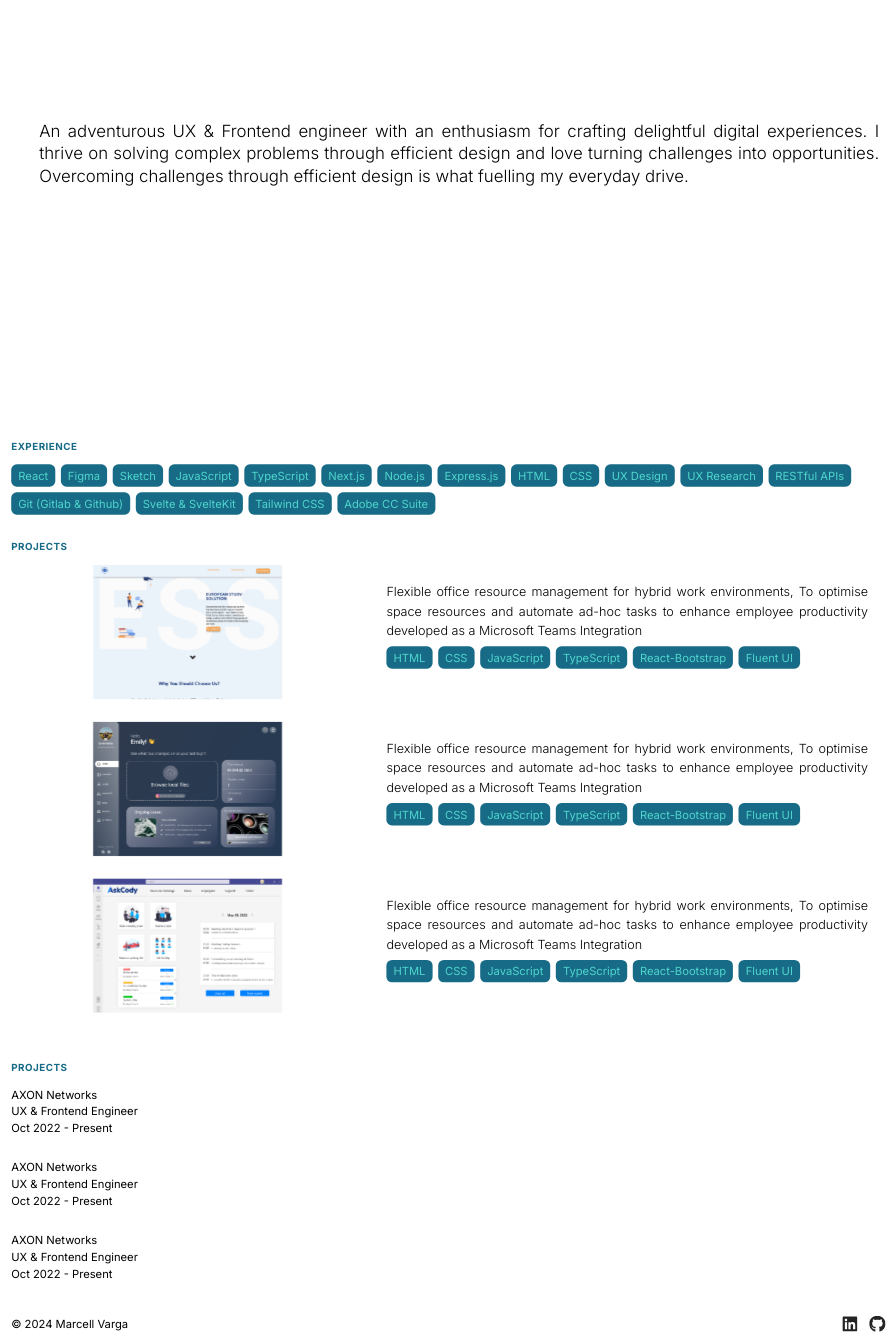
Repository: TheMarcellVarga/personal-portfolio-v.2
Page: /
The author's editor kept a copy of each file at every save. The page is drawn from the files as they stood at one save, then again after a run of saves.
The browser window is 1280 px wide. The pictures show the part of the page from y = 945 to 2865 px (the page is 2865 px tall), at 70% of full size.
The project was rebuilt for these pictures with package versions that can differ from the ones it lists, and the page was loaded fresh each time. The framework's server and built-in components were replaced by stand-ins that run in the browser. Also part of the build but not shown: next.config.mjs.

Above is the page before, as saved 2024-04-25 23:24:20.

### app/layout.tsx
import type { Metadata } from "next";
import { Inter } from "next/font/google";
import "./globals.css";

const inter = Inter({ subsets: ["latin"] });

export const metadata: Metadata = {
  title: {
    template: "%s | Marcell Varga",
    default: "Marcell Varga",
  },
  description: "Marcell Varga Portfolio | UX & Frontend Engineer",
};
export default function RootLayout({
  children,
}: Readonly<{
  children: React.ReactNode;
}>) {
  return (
    <html lang="en">
      <body className={inter.className}>{children}</body>
    </html>
  );
}

### app/page.tsx
"use client";

import { useState } from "react";
import Link from "next/link";
import Image from "next/image";
import IndexSigAnimated from "../public/icons/indexSigAnimated";

// Header component
const Header = () => {
  const [isOpen, setIsOpen] = useState(false);

  return (
    <header className="flex justify-between items-center w-full">
      <div className="flex items-center">
        {/* Icon */}
        <Link href="/">
          <IndexSigAnimated />
        </Link>
      </div>
      <nav className="flex items-center">
        {/* Hamburger Menu */}
        <div
          className={`md:hidden z-2 ${isOpen ? "open" : ""}`}
          onClick={() => setIsOpen(!isOpen)}
        >
          <div className="w-6 h-0.5 bg-gray-800 mb-1"></div>
          <div className="w-6 h-0.5 bg-gray-800 mb-1"></div>
          <div className="w-6 h-0.5 bg-gray-800"></div>
        </div>
        {/* Navigation Links */}
        <div className={`nav-overlay ${isOpen ? "open" : ""}`}>
          <div className={`${isOpen ? "block" : "hidden"} md:flex space-x-4`}>
            <Link href="/about">
              <div
                className="text-sm font-medium"
                style={{ color: isOpen ? "#eeeeee" : "inherit" }}
              >
                About
              </div>
            </Link>
            <Link href="/work">
              <div
                className="text-sm font-medium"
                style={{ color: isOpen ? "#eeeeee" : "inherit" }}
              >
                Work
              </div>
            </Link>
            <Link href="/contact">
              <div
                className="text-sm font-medium"
                style={{ color: isOpen ? "#eeeeee" : "inherit" }}
              >
                Contact
              </div>
            </Link>
          </div>
        </div>
        <div className={`${isOpen ? "hidden" : "block"}`}>
          <div className={`${isOpen ? "block" : "hidden"} md:flex space-x-4`}>
            <Link href="/about">
              <div
                className="text-sm font-medium"
                style={{ color: isOpen ? "#eeeeee" : "inherit" }}
              >
                About
              </div>
            </Link>
            <Link href="/work">
              <div
                className="text-sm font-medium"
                style={{ color: isOpen ? "#eeeeee" : "inherit" }}
              >
                Work
              </div>
            </Link>
            <Link href="/contact">
              <div
                className="text-sm font-medium"
                style={{ color: isOpen ? "#eeeeee" : "inherit" }}
              >
                Contact
              </div>
            </Link>
          </div>
        </div>
      </nav>
    </header>
  );
};

// Footer component
const Footer = () => {
  return (
    <div className="flex w-full flex-row justify-between items-center">
      <div className="flex w-full">© 2024 Marcell Varga</div>
      <div className="flex space-x-4">
        <Image
          src="/icons/linkedin.svg"
          alt="Linkedin Icon"
          width={24}
          height={24}
        />
        <Image
          src="/icons/github.svg"
          alt="GitHub Icon"
          width={24}
          height={24}
        />
      </div>
    </div>
  );
};

const projects = [
  {
    title:
      "Flexible office resource management for hybrid work environments, To optimise space resources and automate ad-hoc tasks to enhance employee productivity developed as a Microsoft Teams Integration",
    description: "",
    skills: [
      "HTML",
      "CSS",
      "JavaScript",
      "TypeScript",
      "React-Bootstrap",
      "Fluent UI",
    ],
    link: "/ess", // Example link to the project details page
    image: "/images/ess-index.png", // Add the path to the image
  },
  {
    title:
      "Flexible office resource management for hybrid work environments, To optimise space resources and automate ad-hoc tasks to enhance employee productivity developed as a Microsoft Teams Integration",
    description: "",
    skills: [
      "HTML",
      "CSS",
      "JavaScript",
      "TypeScript",
      "React-Bootstrap",
      "Fluent UI",
    ],
    link: "/catchscan", // Example link to the project details page
    image: "/images/catchscan-index.png", // Add the path to the image
  },
  {
    title:
      "Flexible office resource management for hybrid work environments, To optimise space resources and automate ad-hoc tasks to enhance employee productivity developed as a Microsoft Teams Integration",
    description: "",
    skills: [
      "HTML",
      "CSS",
      "JavaScript",
      "TypeScript",
      "React-Bootstrap",
      "Fluent UI",
    ],
    link: "/askcody", // Example link to the project details page
    image: "/images/askcody-index.png", // Add the path to the image
  },
  // Add more projects here
];

const history = [
  {
    company: "AXON Networks",
    jobTitle: "UX & Frontend Engineer",
    time: {
      start: "Oct 2022",
      end: "",
    },
    description: [
      "Contributed to AXON Orchestrator development, focusing on UX/UI design and frontend development within cross-functional teams.",
      "Created interactive prototypes and established design system for in-house development.",
      "Collaborated with Analytics team to integrate AI/ML solutions into products, enhancing product functionality.",
      "Participated in the full product development cycle from UX/UI design, through Frontend Development to successful deployments.",
    ],
    skills: [
      "HTML",
      "CSS",
      "JavaScript",
      "TypeScript",
      "React-Bootstrap",
      "Fluent UI",
    ],
  },
  {
    company: "AXON Networks",
    jobTitle: "UX & Frontend Engineer",
    time: {
      start: "Oct 2022",
      end: "",
    },
    description: [
      "Contributed to AXON Orchestrator development, focusing on UX/UI design and frontend development within cross-functional teams.",
      "Created interactive prototypes and established design system for in-house development.",
      "Collaborated with Analytics team to integrate AI/ML solutions into products, enhancing product functionality.",
      "Participated in the full product development cycle from UX/UI design, through Frontend Development to successful deployments.",
    ],
    skills: [
      "HTML",
      "CSS",
      "JavaScript",
      "TypeScript",
      "React-Bootstrap",
      "Fluent UI",
    ],
  },
  {
    company: "AXON Networks",
    jobTitle: "UX & Frontend Engineer",
    time: {
      start: "Oct 2022",
      end: "",
    },
    description: [
      "Contributed to AXON Orchestrator development, focusing on UX/UI design and frontend development within cross-functional teams.",
      "Created interactive prototypes and established design system for in-house development.",
      "Collaborated with Analytics team to integrate AI/ML solutions into products, enhancing product functionality.",
      "Participated in the full product development cycle from UX/UI design, through Frontend Development to successful deployments.",
    ],
    skills: [
      "HTML",
      "CSS",
      "JavaScript",
      "TypeScript",
      "React-Bootstrap",
      "Fluent UI",
    ],
  },
  // Add more projects here
];

export default function Page() {
  return (
    <div className="m-4">
      <Header />
      <main className="flex flex-col items-center justify-between h-screen m-4 gap-1 w-full">
        <div className="flex-grow pb-12 w-full flex flex-col items-center justify-center gap-">
          <div className="flex flex-row w-full text-7xl font-medium items-center justify-start">
            Hey, I'm&nbsp;
            <span className="text-custom-blue font-bold">Marcell Varga</span>
          </div>
          <div className="flex w-full text-4xl font-light items-center justify-start my-2">
            UX & Frontend engineer
          </div>
        </div>
        <div className="pb-32 flex flex-col items-center justify-start">
          <Image
            className="animate-moveDown"
            src="/icons/mouseScroll.svg"
            alt="Scroll your mouse down Icon"
            width={30}
            height={30}
          />
        </div>
      </main>
      {/* Drive Section */}
      <section className="flex flex-col items-center justify-between h-screen m-4 gap-1 w-full">
        <div className="flex w-full h-screen text-5xl font-medium items-center justify-start">
          <h2 className="text-2xl font-light text-justify m-6">
            An adventurous UX & Frontend engineer with an enthusiasm for
            crafting delightful digital experiences. I thrive on solving complex
            problems through efficient design and love turning challenges into
            opportunities. Overcoming challenges through efficient design is
            what fuelling my everyday drive.
          </h2>
        </div>
      </section>
      <section className="flex flex-col items-center justify-between my-4 gap-1 w-full">
        {/* New Experience Section */}
        <article className="mt-8 w-full">
          <h2 className="text-custom-blue text-sm font-bold mb-4 tracking-wider uppercase">
            Experience
          </h2>
          <div className="flex flex-wrap gap-2">
            {[
              "React",
              "Figma",
              "Sketch",
              "JavaScript",
              "TypeScript",
              "Next.js",
              "Node.js",
              "Express.js",
              "HTML",
              "CSS",
              "UX Design",
              "UX Research",
              "RESTful APIs",
              "Git (Gitlab & Github)",
              "Svelte & SvelteKit",
              "Tailwind CSS",
              "Adobe CC Suite",
            ].map((skill) => (
              <div
                key={skill}
                className="bg-custom-blue text-custom-teal px-2.5 py-1 rounded-lg"
              >
                {skill}
              </div>
            ))}
          </div>
        </article>
        <article className="my-8 w-full">
          <h2 className="text-custom-blue text-sm font-bold mb-4 tracking-wider uppercase">
            Projects
          </h2>
          <div className="flex flex-col gap-8">
            {projects.map((project) => (
              <div key={project.title} className="flex gap-2">
                <div className="w-full h-full relative rounded-lg overflow-hidden y-5">
                  <Link href={project.link} className="block h-48">
                    <Image
                      src={project.image} // Use the image path from the project object
                      alt={project.title} // Use the project title as the alt text
                      layout="fill" // Make the image fill its container
                      objectFit="contain" // Adjust the image's aspect ratio to cover the container
                    />
                  </Link>
                </div>
                <div className="flex flex-col m-6 gap-2">
                  <div className="text-lg font-light text-justify">
                    <div>{project.title}</div>
                    <div>{project.description}</div>
                  </div>
                  <div className="flex flex-wrap gap-2">
                    {project.skills.map((skill) => (
                      <div
                        key={skill}
                        className="bg-custom-blue text-custom-teal px-2.5 py-1 rounded-lg"
                      >
                        {skill}
                      </div>
                    ))}
                  </div>
                </div>
              </div>
            ))}
          </div>
        </article>
        <article className="my-8 w-full">
          <h2 className="text-custom-blue text-sm font-bold mb-4 tracking-wider uppercase">
            Projects
          </h2>
          <div className="flex flex-col gap-8">
            {history.map((item, index) => (
              <div key={index}>
                <h3>{item.company}</h3>
                <p>{item.jobTitle}</p>
                <p>
                  {item.time.start} -{" "}
                  {item.time.end ? item.time.end : "Present"}
                </p>
                {/* Render other properties as needed */}
              </div>
            ))}
          </div>
        </article>
      </section>
      <Footer />
    </div>
  );
}

### app/globals.css
@tailwind base;
@tailwind components;
@tailwind utilities;

/* :root {
  --foreground-rgb: 0, 0, 0;
  --background-start-rgb: 214, 219, 220;
  --background-end-rgb: 255, 255, 255;
}

@media (prefers-color-scheme: dark) {
  :root {
    --foreground-rgb: 255, 255, 255;
    --background-start-rgb: 0, 0, 0;
    --background-end-rgb: 0, 0, 0;
  }
}

body {
  color: rgb(var(--foreground-rgb));
  background: linear-gradient(
      to bottom,
      transparent,
      rgb(var(--background-end-rgb))
    )
    rgb(var(--background-start-rgb));
}

@layer utilities {
  .text-balance {
    text-wrap: balance;
  }
} */

@-webkit-keyframes animate-svg-stroke-1 {
  0% {
    stroke-dashoffset: 210.06117248535156px;
    stroke-dasharray: 210.06117248535156px;
  }

  100% {
    stroke-dashoffset: 420.1223449707031px;
    stroke-dasharray: 210.06117248535156px;
  }
}

@keyframes animate-svg-stroke-1 {
  0% {
    stroke-dashoffset: 210.06117248535156px;
    stroke-dasharray: 210.06117248535156px;
  }

  100% {
    stroke-dashoffset: 420.1223449707031px;
    stroke-dasharray: 210.06117248535156px;
  }
}

.svg-elem-1 {
  -webkit-animation: animate-svg-stroke-1 1s ease-in-out 1s both;
  animation: animate-svg-stroke-1 1s ease-in-out 1s both;
}

@-webkit-keyframes animate-svg-stroke-2 {
  0% {
    stroke-dashoffset: 798.271240234375px;
    stroke-dasharray: 798.271240234375px;
  }

  100% {
    stroke-dashoffset: 1596.54248046875px;
    stroke-dasharray: 798.271240234375px;
  }
}

@keyframes animate-svg-stroke-2 {
  0% {
    stroke-dashoffset: 798.271240234375px;
    stroke-dasharray: 798.271240234375px;
  }

  100% {
    stroke-dashoffset: 1596.54248046875px;
    stroke-dasharray: 798.271240234375px;
  }
}

.svg-elem-2 {
  -webkit-animation: animate-svg-stroke-2 1s ease-in-out 1.12s both;
  animation: animate-svg-stroke-2 1s ease-in-out 1.12s both;
}

@-webkit-keyframes animate-svg-stroke-3 {
  0% {
    stroke-dashoffset: 2px;
    stroke-dasharray: 2px;
  }

  100% {
    stroke-dashoffset: 4px;
    stroke-dasharray: 2px;
  }
}

@keyframes animate-svg-stroke-3 {
  0% {
    stroke-dashoffset: 2px;
    stroke-dasharray: 2px;
  }

  100% {
    stroke-dashoffset: 4px;
    stroke-dasharray: 2px;
  }
}

.svg-elem-3 {
  -webkit-animation: animate-svg-stroke-3 1s ease-in-out 1.24s both;
  animation: animate-svg-stroke-3 1s ease-in-out 1.24s both;
}

/* CSS for the overlay */
.nav-overlay {
  position: fixed;
  top: 0;
  right: 0;
  width: 80%; /* Adjust the width as needed */
  height: 100%;
  background-color: rgba(23, 107, 135, 1); /* Semi-transparent background */
  transform: translateX(100%); /* Hidden off-screen to the right */
  transition: transform 0.3s ease-out; /* Smooth transition */
  display: flex;
  flex-direction: column;
  justify-content: center;
  align-items: center;
  padding: 2rem;
  z-index: 2; /* Ensure it's above other content */
}

.nav-overlay.open {
  transform: translateX(0); /* Slide in from the right */
}

/* Hamburger menu with increased z-index when open */
.md\:hidden {
  cursor: pointer;
  z-index: 2; /* Default z-index */
}

.md\:hidden.open {
  z-index: 5; /* Increased z-index when open */
}

/* Hamburger menu lines */
.md\:hidden > div {
  transition: all 0.3s ease;
}

/* Top line of the hamburger menu */
.md\:hidden > div:nth-child(1) {
  transform-origin: center;
}

/* Middle line of the hamburger menu */
.md\:hidden > div:nth-child(2) {
  transform-origin: center;
}

/* Bottom line of the hamburger menu */
.md\:hidden > div:nth-child(3) {
  transform-origin: center;
}

/* Animation for the hamburger menu to become a cross */
.md\:hidden.open > div:nth-child(1) {
  transform: rotate(45deg);
}

.md\:hidden.open > div:nth-child(2) {
  opacity: 0;
}

.md\:hidden.open > div:nth-child(3) {
  transform: rotate(-45deg);
}

/* Hamburger menu with increased z-index when open */
.md\:hidden {
  cursor: pointer;
  z-index: 2; /* Default z-index */
}

.md\:hidden.open {
  z-index: 5; /* Increased z-index when open */
}

/* CSS for the close button */
.close-btn {
  position: absolute;
  top: 1rem;
  right: 1rem;
  background: none;
  border: none;
  font-size: 1.5rem;
  color: #fff;
  cursor: pointer;
}

@keyframes moveDown {
  0% {
    transform: translateY(0);
  }
  100% {
    transform: translateY(10px); /* Adjust the value as needed */
  }
}

.animate-moveDown {
  animation: moveDown 2s infinite alternate ease-in-out; /* Adjust the duration as needed */
}

### public/icons/indexSigAnimated.tsx
import React from 'react';

const IndexSigIcon: React.FC = () => {
 return (
    <svg className="svg-elem-1" width="85" height="37" viewBox="0 0 85 37" fill="none" xmlns="http://www.w3.org/2000/svg">
      <g clipPath="url(#clip0_18_152)">
        <path d="M0.396973 36.3291C0.396973 36.3291 1.80464 21.811 13.6633 7.89246" stroke="#053B50" strokeLinecap="round" strokeLinejoin="round"/>
        <path d="M84.6029 0.378418C83.4907 1.72562 28.5188 31.0478 28.5188 31.0478C34.2765 18.2493 39.5275 5.38881 37.4414 4.87415C37.3274 4.8523 37.2096 4.85749 37.0982 4.88928C31.574 6.017 19.8186 16.4677 17.715 17.2805C17.665 17.3015 17.6107 17.3113 17.5561 17.3093C16.4821 17.2881 15.8514 13.5856 15.4907 9.68776" stroke="#053B50" strokeLinecap="round" strokeLinejoin="round"/>
      </g>
      <defs>
        <clipPath id="clip0_18_152">
          <rect width="85" height="36.7076" fill="white"/>
        </clipPath>
      </defs>
    </svg>
 );
};

export default IndexSigIcon;

### tailwind.config.ts
import type { Config } from "tailwindcss";

const config: Config = {
  content: [
    "./pages/**/*.{js,ts,jsx,tsx,mdx}",
    "./components/**/*.{js,ts,jsx,tsx,mdx}",
    "./app/**/*.{js,ts,jsx,tsx,mdx}",
  ],
  theme: {
    extend: {
      backgroundImage: {
        "gradient-radial": "radial-gradient(var(--tw-gradient-stops))",
        "gradient-conic":
          "conic-gradient(from 180deg at 50% 50%, var(--tw-gradient-stops))",
      },
      colors: {
        "custom-blue": "#176B87",
        "custom-teal": "#4FD5CC",
      },
    },
  },
  plugins: [],
};

export default config;

After the next 3 saves:
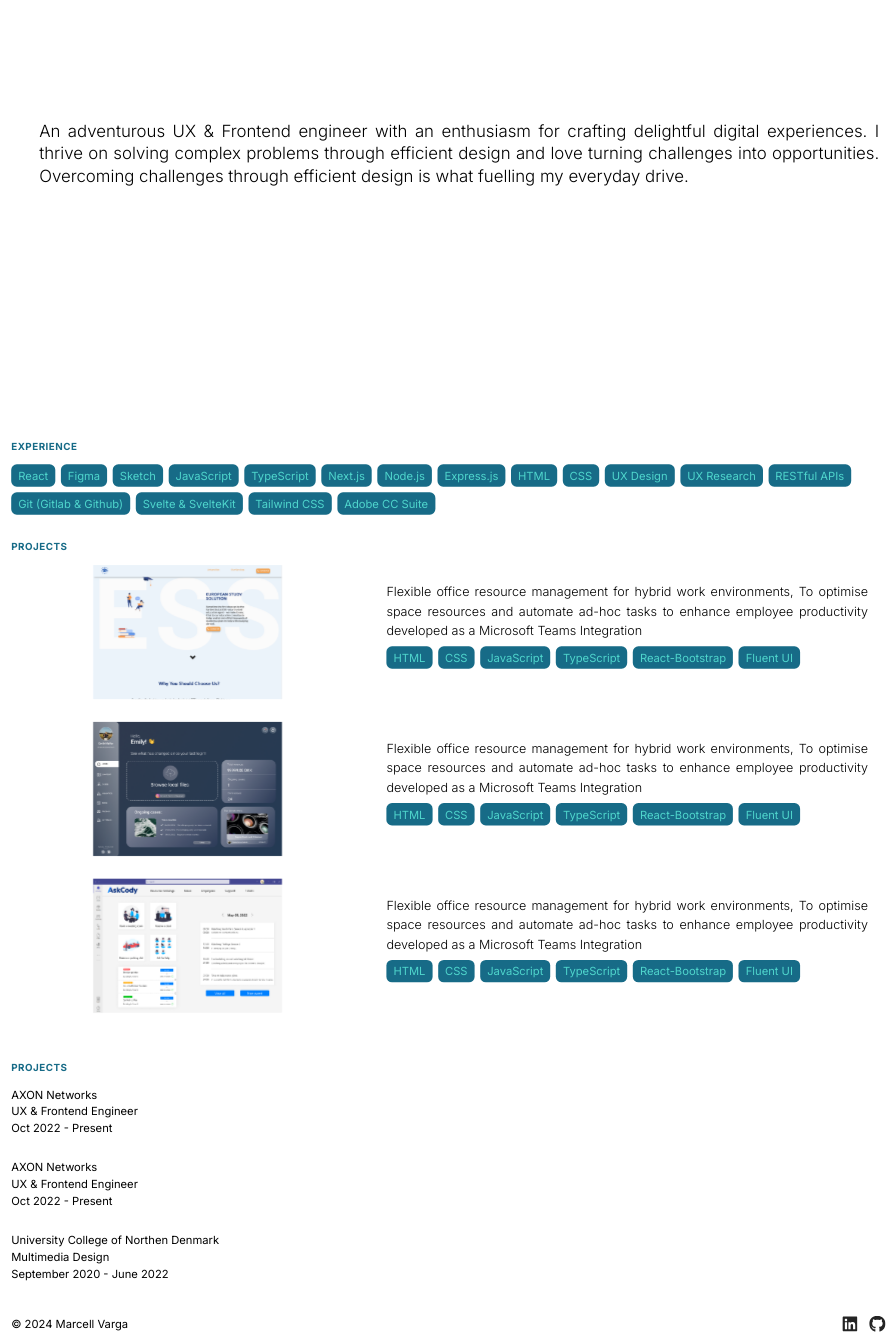
The 3 saves are shown as one change because they came seconds apart.
The last was saved 112 s later.
--- a/app/page.tsx
+++ b/app/page.tsx
@@ -207,17 +207,17 @@ const history = [
     ],
   },
   {
-    company: "AXON Networks",
-    jobTitle: "UX & Frontend Engineer",
+    company: "University College of Northen Denmark",
+    jobTitle: "Multimedia Design",
     time: {
-      start: "Oct 2022",
-      end: "",
+      start: "September 2020",
+      end: "June 2022",
     },
     description: [
-      "Contributed to AXON Orchestrator development, focusing on UX/UI design and frontend development within cross-functional teams.",
-      "Created interactive prototypes and established design system for in-house development.",
-      "Collaborated with Analytics team to integrate AI/ML solutions into products, enhancing product functionality.",
-      "Participated in the full product development cycle from UX/UI design, through Frontend Development to successful deployments.",
+      "UX/UI Design and Elective Specialization: Focused on enhancing UI/UX design skills through practical projects, aligning with the importance of a well-crafted website or app for user satisfaction.",
+      "Front-End Web Development: Engaged in hands-on experience building applications, emphasizing the design to code process and the importance of creating visually appealing and easy-to-use interfaces.",
+      "Content Production: Involved in creating content that not only meets user needs but also ensures a positive user experience, reflecting the ongoing process of UX design.",
+      "Reflective Practice-based Learning: Throughout the study, executed projects in collaboration with real companies, applying UX/UI design principles to real-world challenges and enhancing the design to code process.",
     ],
     skills: [
       "HTML",
